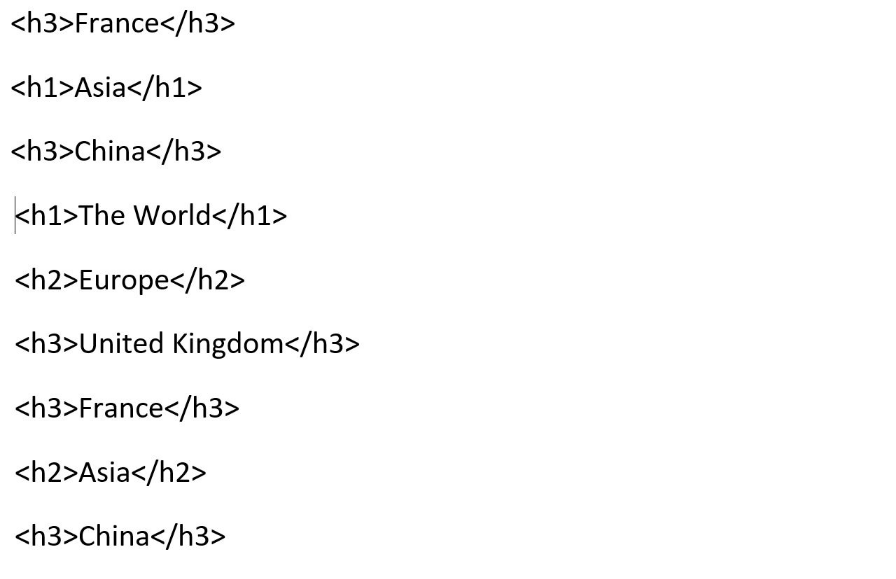
Repository: DigitalExperienceTeam/assessmentImages
Page: index.html
The author's editor kept a record of every edit. The page is drawn from the files as they stood at one moment, then again after the next edit.
The browser window is 1280 px wide. The pictures show the part of the page from y = 1869 to 3789 px (the page is 2696 px tall before and 3789 px after), at 70% of full size.

Above is the page before.

After the next edit:
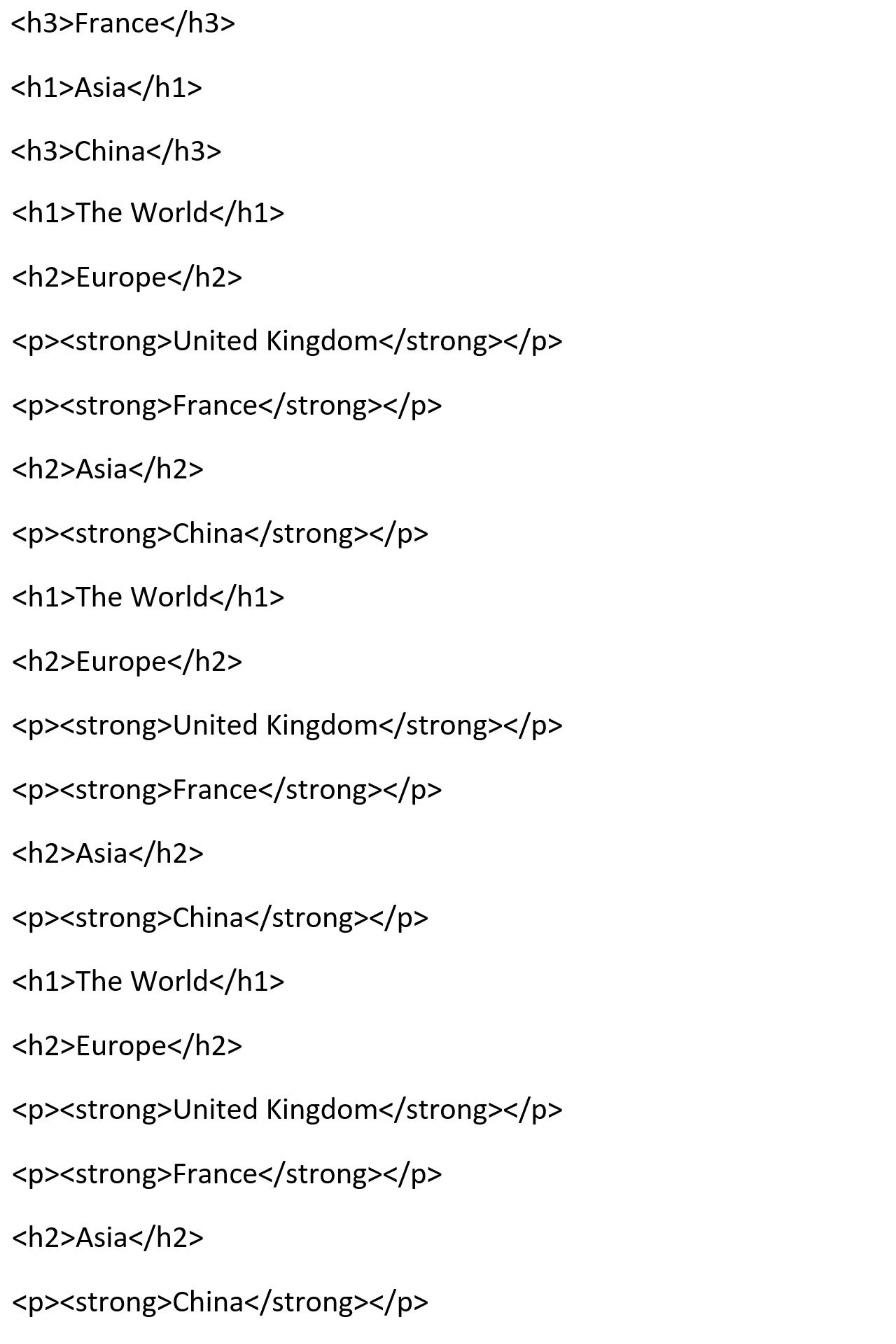
The edit:
--- a/index.html
+++ b/index.html
@@ -15,7 +15,11 @@
 
     <p><img src="Question7C.jpg"></p>
 
-    <p><img src="Question7A.jpg"></p>
+    <p><img src="Question7D.jpg"></p>
+
+     <p><img src="Question7D.jpg"></p>
+
+      <p><img src="Question7D.jpg"></p>
 
 </body>
 </html>
